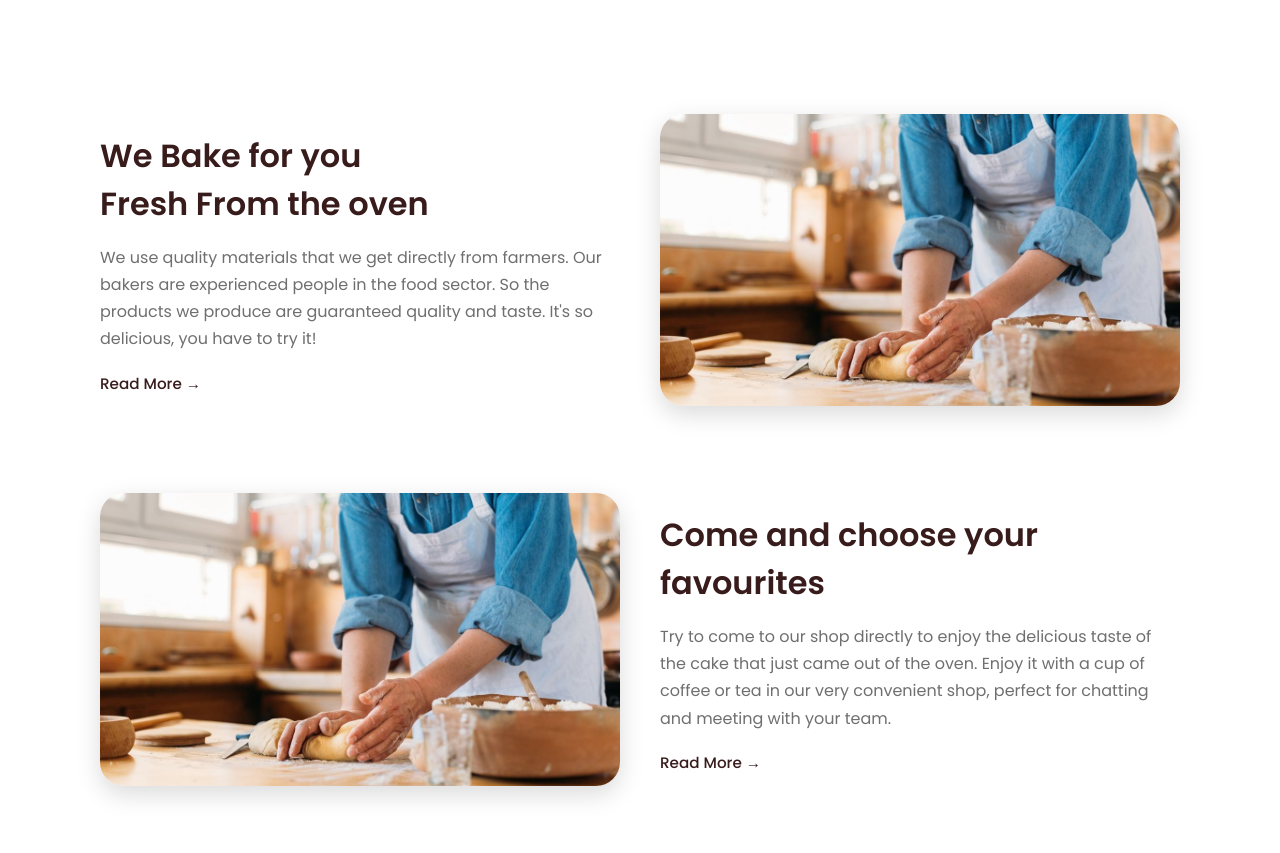
Repository: josegabrielzevallos/chocobrat-bakery-website
Page: index.html
An editor plug-in stored every save of this project. The page is shown before and after the next save, followed by the edit.
The browser window is 1280 px wide. The pictures show the part of the page from y = 1367 to 2319 px (the page is 2220 px tall before and 2319 px after).
A picture or video elsewhere on the page could not be fetched, so the positions and the page height are approximate.

Above is the page before, as saved 2025-11-20 14:50:03.

After the next save:
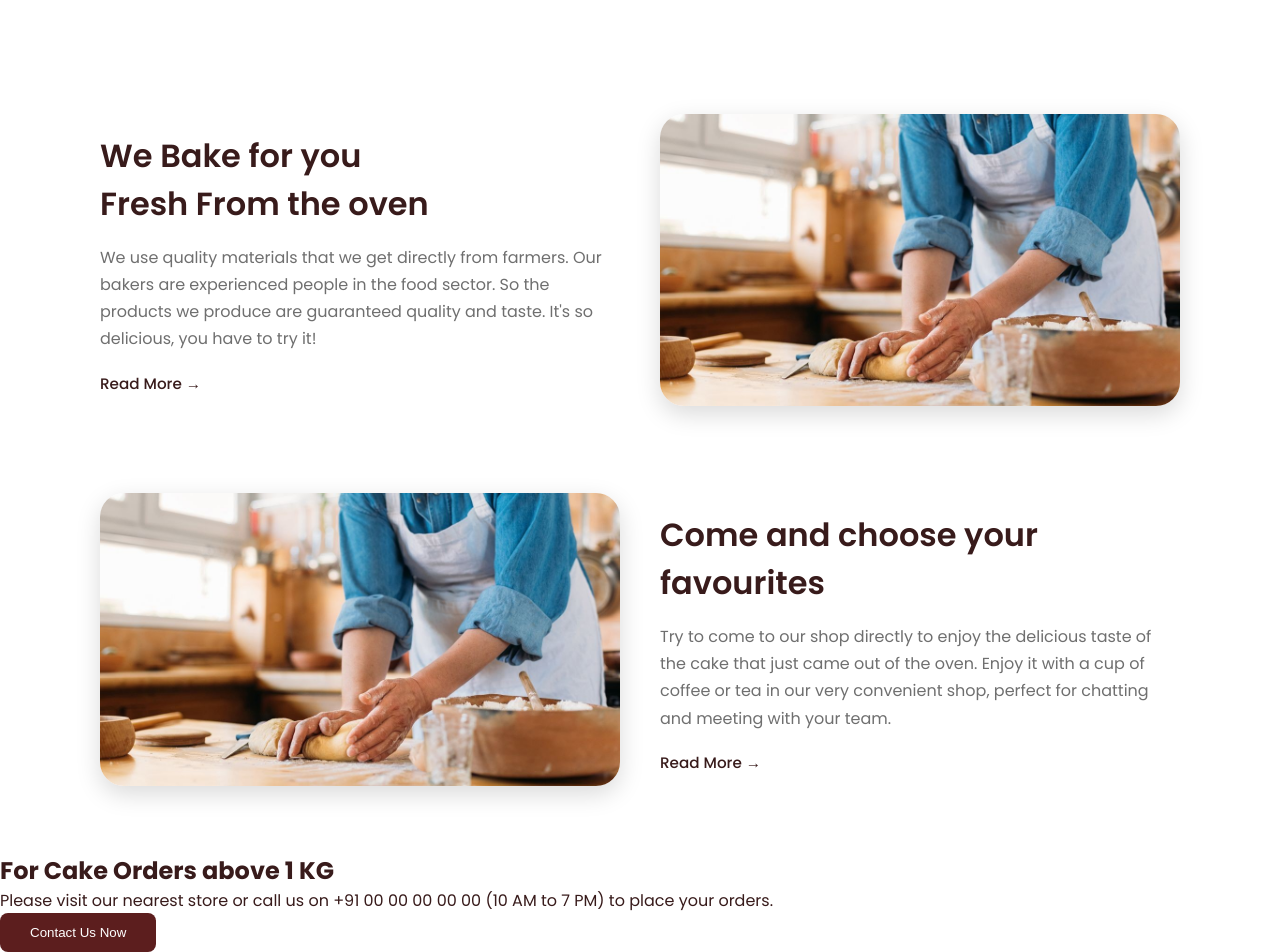
Saved 9 min 7 s later.
--- a/index.html
+++ b/index.html
@@ -153,5 +153,17 @@
 
     </section>
 
+        <!-- CAKE ORDER BANNER -->
+    <section class="order-banner">
+        <div class="order-banner-inner">
+            <h2>For Cake Orders above 1 KG</h2>
+            <p>
+                Please visit our nearest store or call us on +91 00 00 00 00 00 (10 AM to 7 PM)
+                to place your orders.
+            </p>
+            <button class="btn primary order-btn">Contact Us Now</button>
+        </div>
+    </section>
+
 </body>
 </html>
